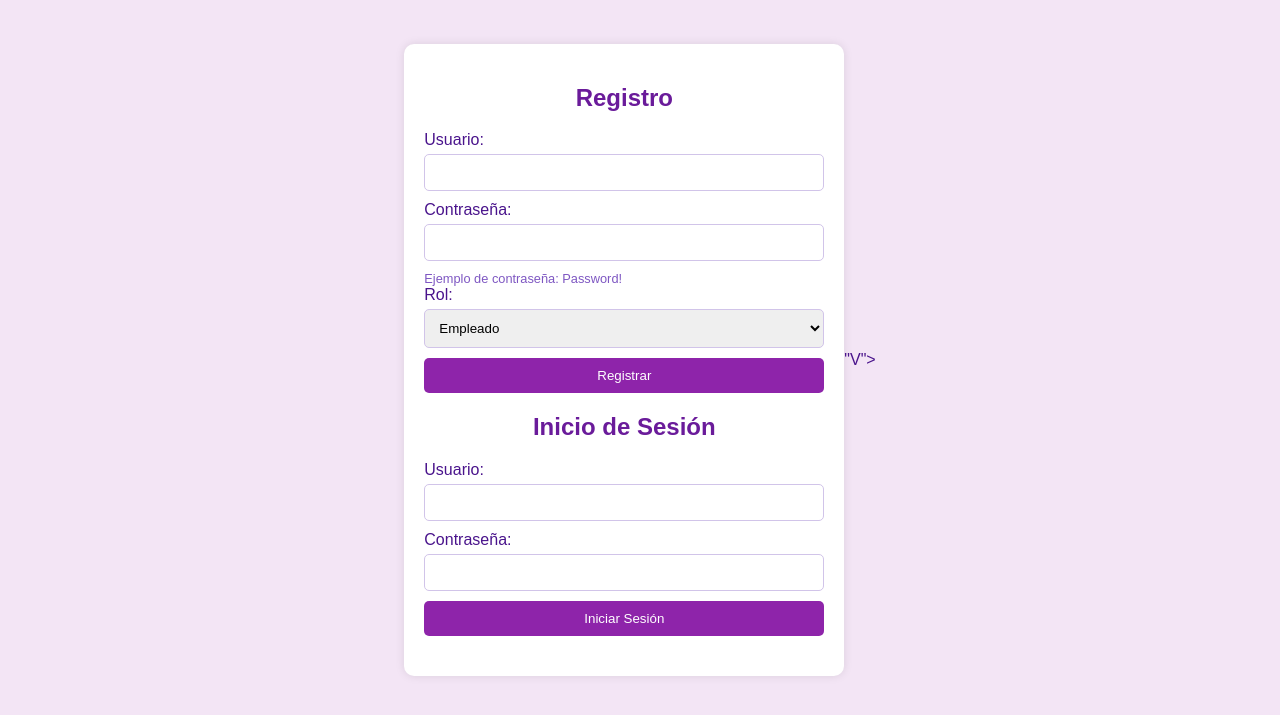
Repository: Connie75/API
Page: index.html
These files come from the project's save history. The page is drawn as it stood at one moment and after the next save; the edit follows.
The browser window is 1280 px wide. The pictures show the whole page.

Above is the page before, as saved 2024-07-31 01:07:18.

After the next save:
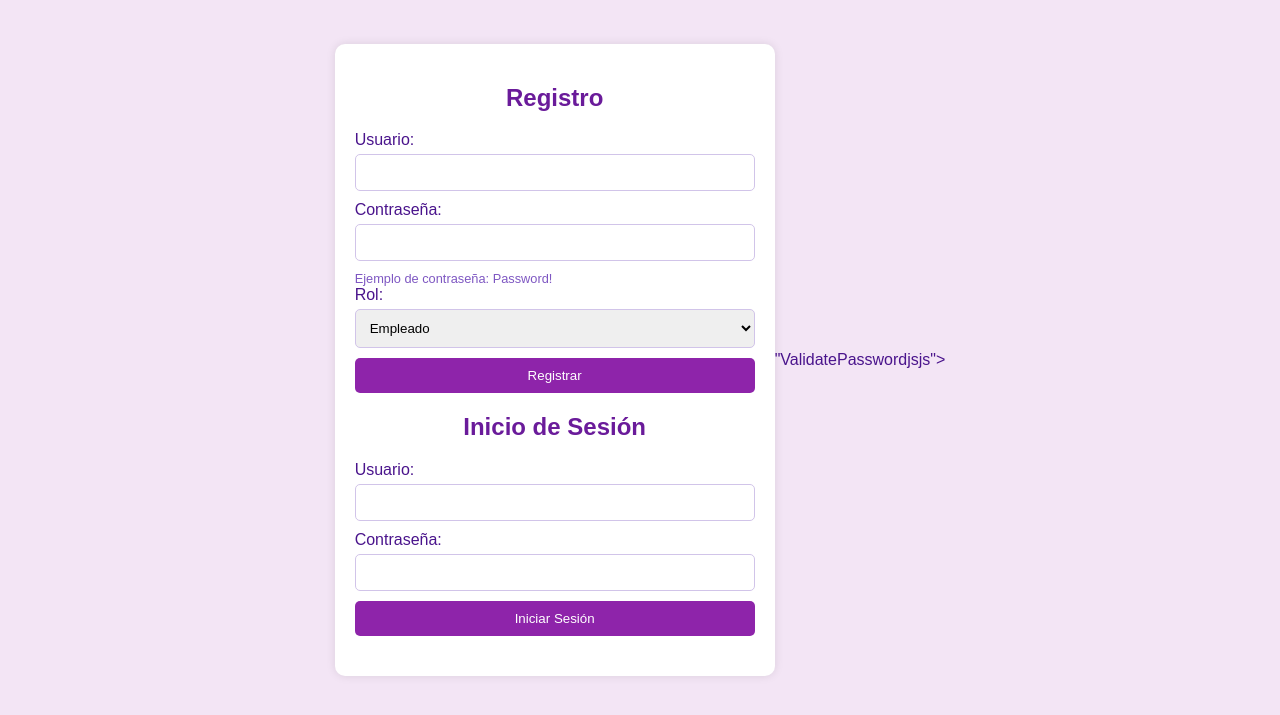
Saved 4 s later.
--- a/index.html
+++ b/index.html
@@ -32,6 +32,6 @@
             <input type="password" id="password" name="password" required>
             <input type="submit" value="Iniciar Sesión">
         </form>
-    </div>"V"></script>
+    </div>"ValidatePasswordjsjs"></script>
 </body>
 </html>
